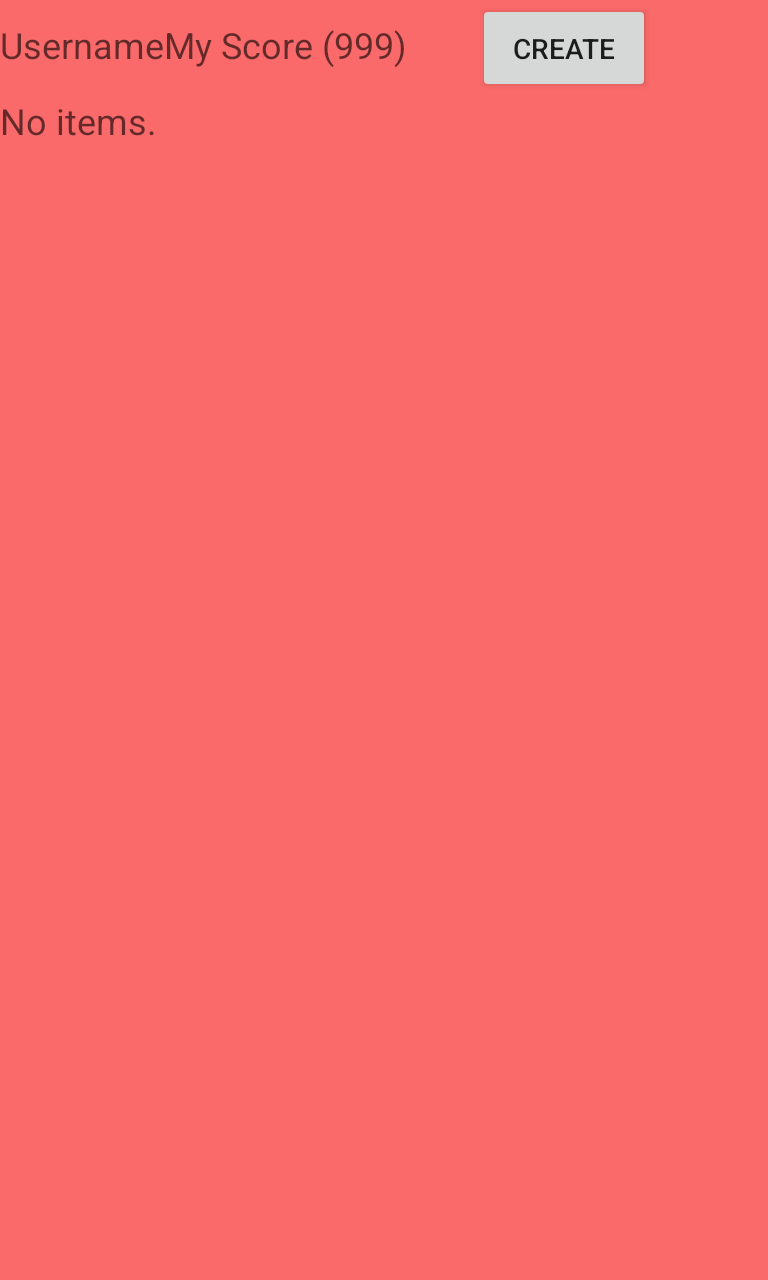
Repository: quantumlicht/android-capstone
Layout: capstone_client/res/layout/fragment_created_quiz.xml
The author's editor kept a copy of each file at every save. The layout is drawn from the files as they stood at one save, then again after a run of saves.
It is drawn on a 768 x 1280 px phone screen (xhdpi) without system bars, with theme AppTheme; the app's code is not run. Lists and similar views that code fills are empty. The app's manifest (not shown) leaves right-to-left support off. So textAlignment, textDirection and layoutDirection are ignored, and left and right values win over start and end ones.

Above is the layout before, as saved 2014-11-15 02:49:53.

After the next 2 saves:
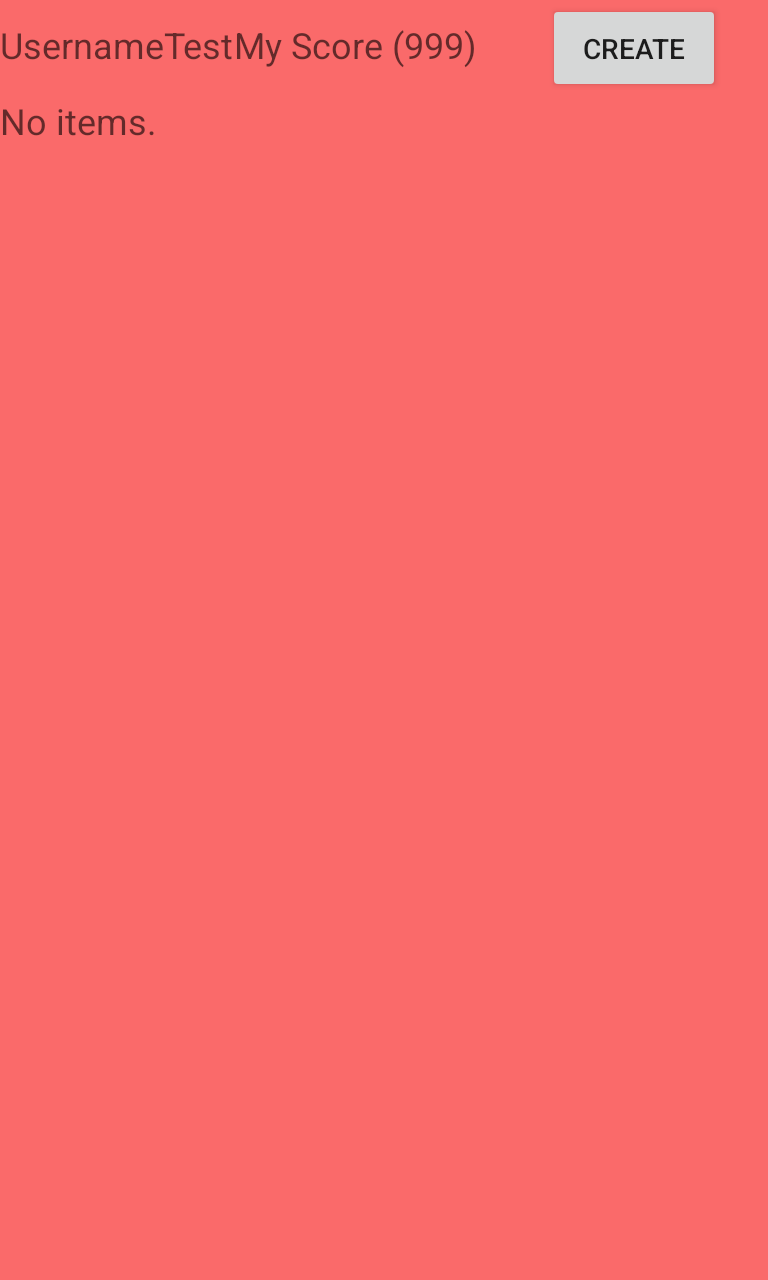
The 2 saves are shown as one change because they came seconds apart.
The last was saved 50 s later.
--- a/capstone_client/res/layout/fragment_created_quiz.xml
+++ b/capstone_client/res/layout/fragment_created_quiz.xml
@@ -14,6 +14,14 @@
             android:layout_width="wrap_content"
             android:layout_height="wrap_content"
             android:text="Username"
+            android:textAppearance="?android:attr/textAppearanceMedium" />
+
+
+          <TextView
+            android:id="@+id/test"
+            android:layout_width="wrap_content"
+            android:layout_height="wrap_content"
+            android:text="Test"
             android:textAppearance="?android:attr/textAppearanceMedium" />
 
         <TextView
